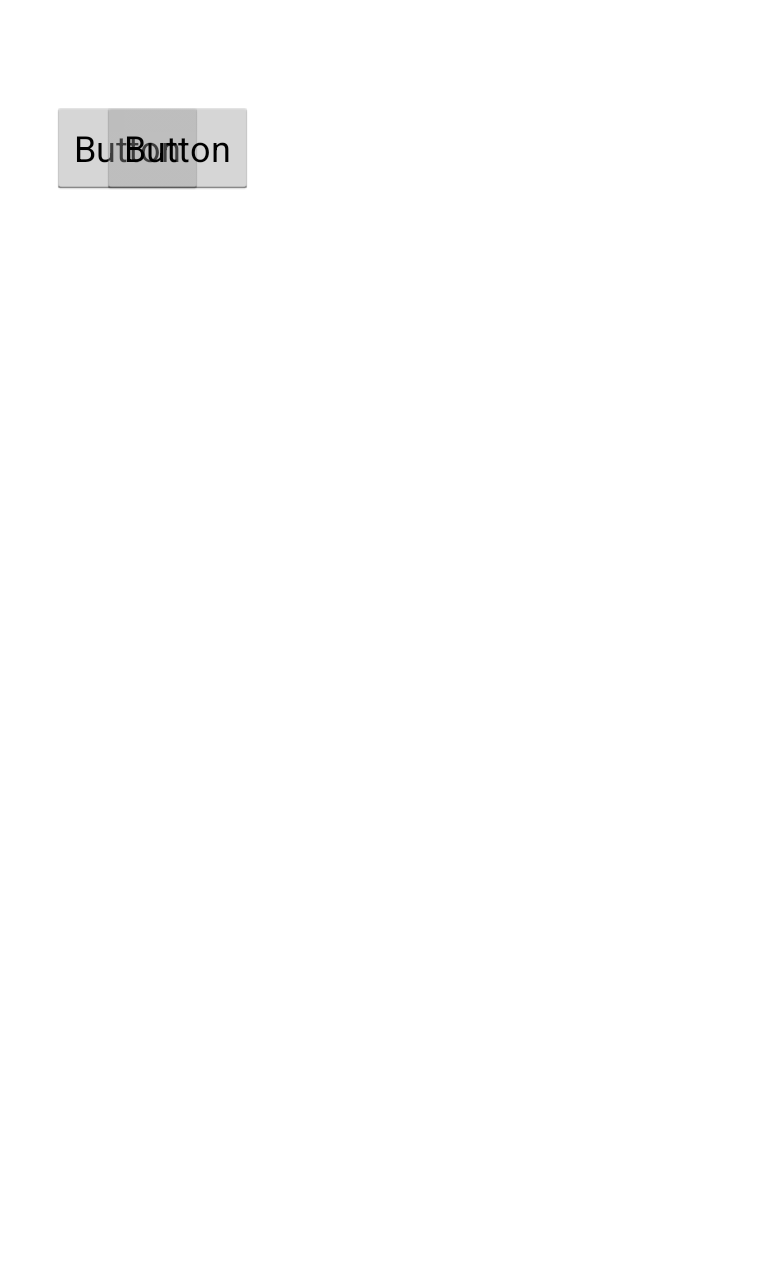
Repository: qq839924354/day01
Layout: code/Layout/res/layout/size.xml
These files come from the project's save history. The layout is drawn as it stood at one moment and after the next save; the edit follows.
It is drawn on a 768 x 1280 px phone screen (xhdpi) without system bars, with theme AppTheme; the app's code is not run.

Above is the layout before, as saved 2013-02-28 08:53:13.

After the next save:
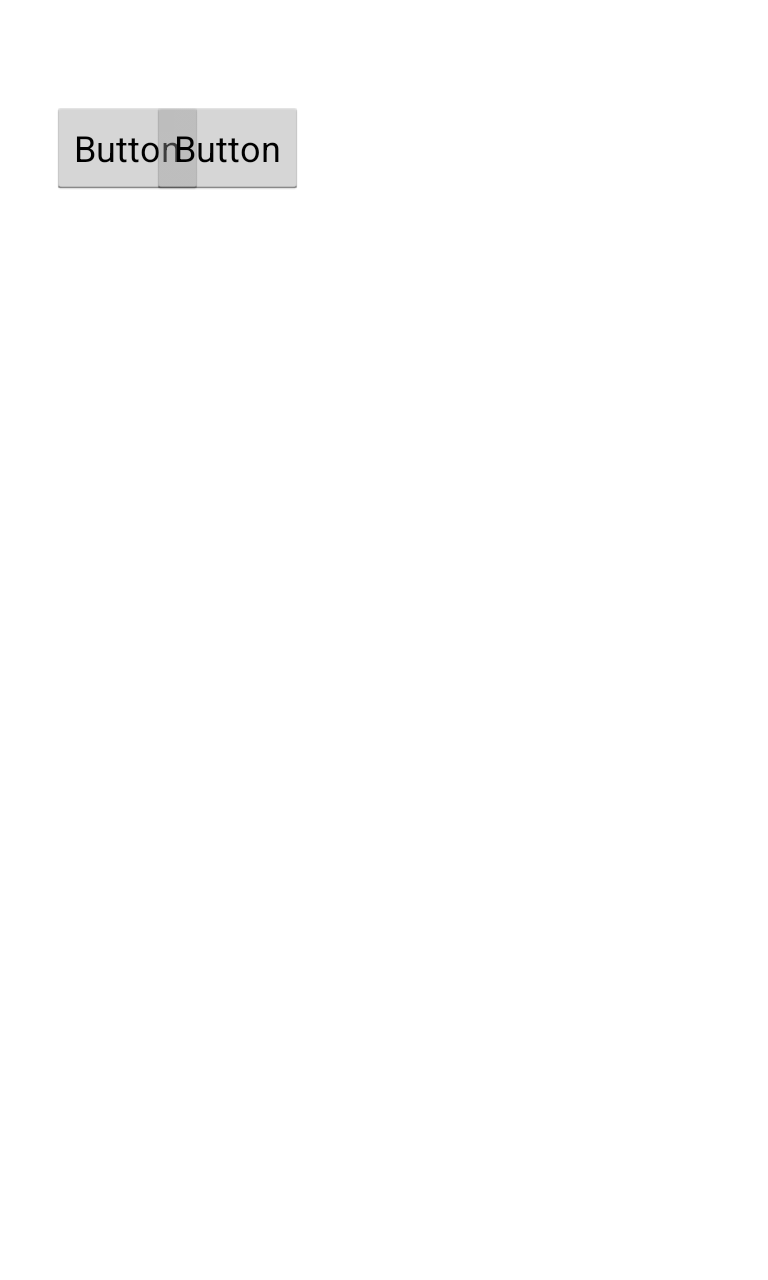
Saved 14 s later.
--- a/code/Layout/res/layout/size.xml
+++ b/code/Layout/res/layout/size.xml
@@ -15,7 +15,7 @@
         android:id="@+id/button2"
         android:layout_width="wrap_content"
         android:layout_height="wrap_content"
-        android:layout_x="100px"
+        android:layout_x="150px"
         android:layout_y="100px"
         android:text="Button" />
 
